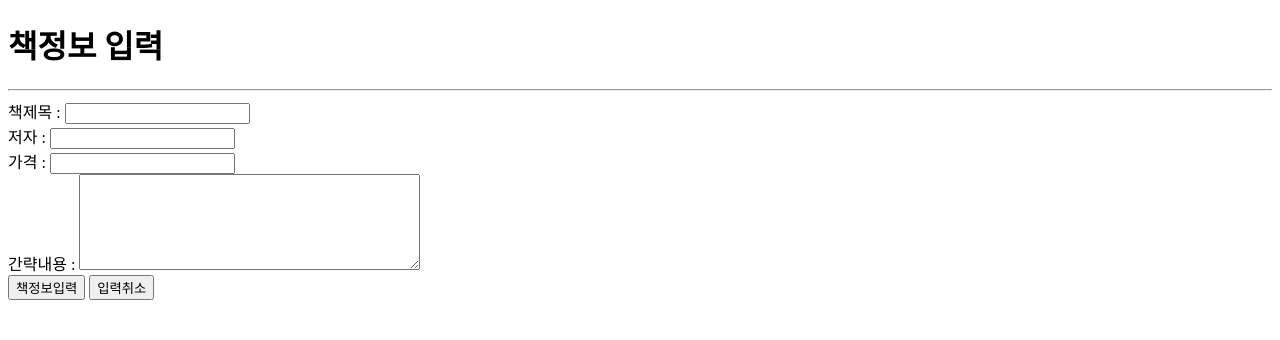
Repository: fhwang2/WEB
Page: 190710_JSP_withDB/WebContent/inputForm.html
The author's editor kept a copy of each file at every save. The page is drawn from the files as they stood at one save, then again after the next save.
The browser window is 1280 px wide. The pictures show the whole page.

Above is the page before, as saved 2019-07-10 01:31:09.

After the next save:
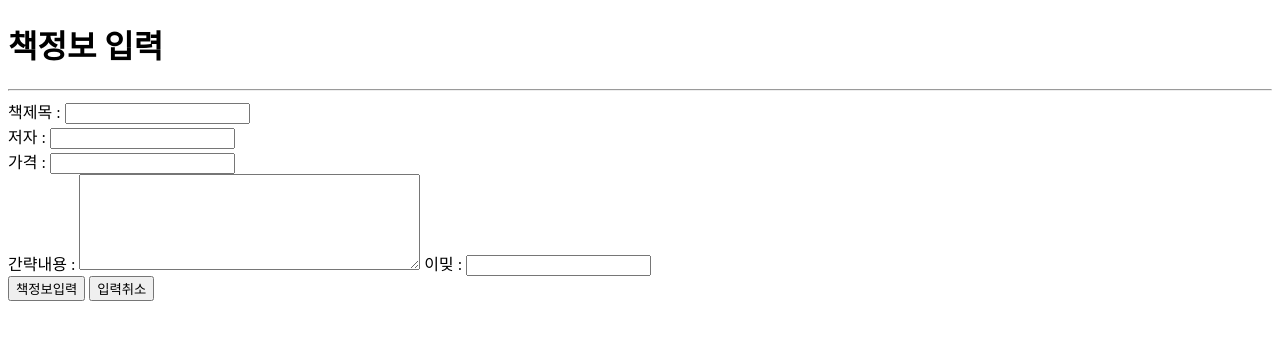
Saved 42 min 3 s later.
--- a/190710_JSP_withDB/WebContent/inputForm.html
+++ b/190710_JSP_withDB/WebContent/inputForm.html
@@ -12,6 +12,7 @@
 		저자 : <input type="text" name="author"><br>
 		가격 : <input type="text" name="price"><br>
 		간략내용 : <textarea name="content" rows="6" cols="40"></textarea> <!-- textarea 열고닫음 사이에 공백포함 아무것도 넣지 않도록 주의한다 -->
+		이밎 : <input type="text" name="img">
 		<br>
 		<input type="submit" value="책정보입력"> <!-- 자기가 소속되어있는 form tag에 대해서만 제어 -->
 		<input type="reset" value="입력취소">
